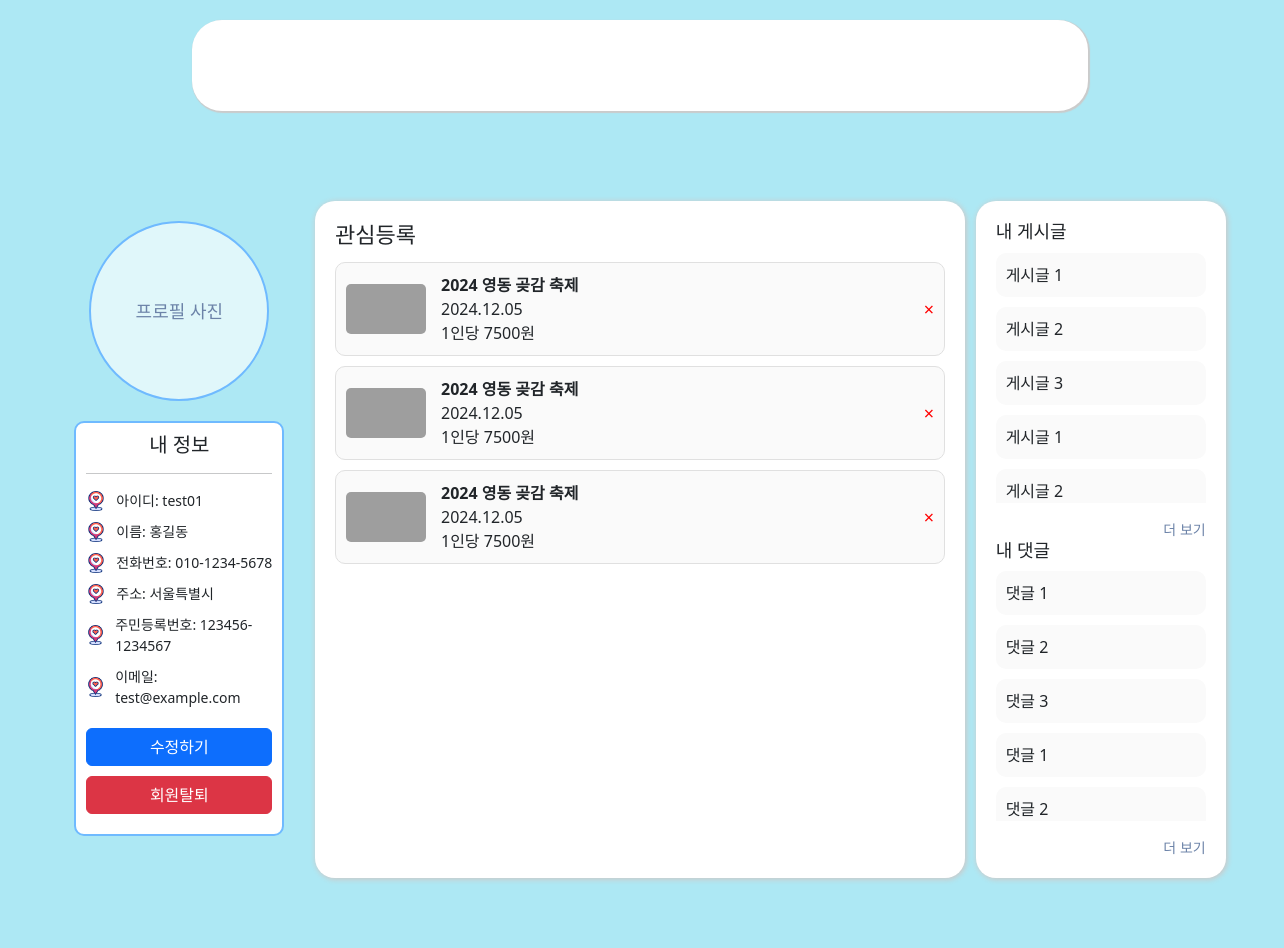
Repository: KimMJ0964/jsp
Page: http://localhost/Trafi/views/mypage/myPageMain.jsp
These files come from the project's save history. The page is drawn as it stood at one moment and after the next save; the edit follows.
The browser window is 1280 px wide. The page is 1280 px wide, then 1284 px, so the pictures cover 1284 px, including what lies to the right of the window. The pictures show the whole page.
Pictures or frames that could not be fetched are drawn as grey boxes. The page is served by Tomcat 9.

Above is the page before, as saved 2024-09-19 07:33:07.

### Trafi/src/main/webapp/views/mypage/myPageMain.jsp
<%@ page language="java" contentType="text/html; charset=UTF-8"
    pageEncoding="UTF-8"%>
<!DOCTYPE html>
<html lang="en">
<head>
    <meta charset="UTF-8">
    <meta name="viewport" content="width=device-width, initial-scale=1.0">
    <title>마이페이지</title>

    <!-- Latest compiled and minified CSS -->
    <link href="https://cdn.jsdelivr.net/npm/bootstrap@5.3.3/dist/css/bootstrap.min.css" rel="stylesheet">

    <!-- Latest compiled JavaScript -->
    <script src="https://cdn.jsdelivr.net/npm/bootstrap@5.3.3/dist/js/bootstrap.bundle.min.js"></script>
    <style>
        body {
            margin: 0;
            padding: 0;
            background-color: #ADE8F4;
        }
        .wrap {
            width: 1246px;
            margin: auto;
            padding: 20px;
        }
        #header {
            width: 70%;
            height: 91px;
            background-color: white;
            border-radius: 30px;
            margin: 20px auto;
            box-shadow: 1px 1px 1px 1px rgb(203, 203, 203);
        }
        .container {
            display: flex;
            justify-content: space-around;
            margin: 50px auto;
            max-width: 1300px;
        }

        /* 프로필 섹션 */
        .profile-section {
            padding: 20px;
            width: 250px;
        }
        .profile-section .profile-image {
            width: 180px;
            height: 180px;
            border-radius: 50%;
            background-color: #E0F7FA;
            margin: 0 auto;
            display: flex;
            justify-content: center;
            align-items: center;
            font-size: 18px;
            color: #6C83A8;
        }
        .profile-section .profile-info {
            margin-top: 20px;
            border: 1px solid #E0E0E0;
            border-radius: 10px;
            padding: 10px;
        }
        .profile-info {
            background-color: white;
            border-radius: 20px;
        }
        .profile-section .profile-info h6 {
            font-size: 18px;
            margin-bottom: 20px;
        }
        .profile-section .profile-info ul {
            list-style: none;
            padding: 0;
            font-size: 14px;
        }
        .profile-section .profile-info ul li {
            margin-bottom: 10px;
            display: flex;
            align-items: center;
        }
        .profile-section .profile-info ul li img {
            width: 20px;
            height: 20px;
            margin-right: 10px;
        }
        .profile-section .profile-buttons {
            text-align: center;
            margin-top: 20px;
        }
        .profile-section .profile-buttons button {
            width: 100%;
            margin-bottom: 10px;
        }

        /* 축제 섹션 */
        .interest-section {
            background-color: white;
            border-radius: 20px;
            padding: 20px;
            width: 650px;
            box-shadow: 1px 1px 5px 1px rgb(203, 203, 203);
        }
        .interest-section h5 {
            font-size: 22px;
            margin-bottom: 15px;
        }
        .interest-section .interest-list {
            list-style: none;
            padding: 0;
            max-height: 400px;
            overflow-y: auto;
        }
        .interest-section .interest-list li {
            background-color: #FAFAFA;
            border: 1px solid #E0E0E0;
            padding: 10px;
            margin-bottom: 10px;
            display: flex;
            justify-content: space-between;
            align-items: center;
            border-radius: 10px;
        }
        .interest-section .interest-list li .info {
            display: flex;
            gap: 15px;
            align-items: center;
        }
        .interest-section .interest-list li img {
            width: 80px;
            height: 50px;
            border-radius: 5px;
        }
        .interest-section .interest-list li .text {
            font-size: 16px;
        }
        .interest-section .interest-list li .remove {
            font-size: 18px;
            color: red;
            cursor: pointer;
        }

        /* 게시글, 댓글 섹션 */
        .posts-comments-section {
            background-color: white;
            border-radius: 20px;
            padding: 20px;
            width: 250px;
            box-shadow: 1px 1px 5px 1px rgb(203, 203, 203);
        }
        .posts-comments-section h5 {
            font-size: 18px;
            margin-bottom: 10px;
        }
        .posts-comments-section ul {
            list-style: none;
            padding: 0;
            font-size: 16px;
            max-height: 250px;
            overflow-y: auto;
        }
        .posts-comments-section ul li {
            padding: 10px;
            background-color: #FAFAFA;
            margin-bottom: 10px;
            border-radius: 10px;
        }
        .posts-comments-section .view-more {
            text-align: right;
            font-size: 14px;
            color: #6C83A8;
            cursor: pointer;
        }

        /* 모달창 */
        .modal {
            position: fixed;
            left: 0;
            top: 0;
            width: 100%;
            height: 100%;
            background-color: rgba(0,0,0,0.5);
            display: flex;
            justify-content: center;
            align-items: center;
        }

        .modal-content {
            background-color: #fff;
            padding: 20px;
            border-radius: 10px;
            width: 400px;
            left: 40%;
            top: 20%;
        }

        .modal-content > form > table > tr > td {
            text-align: center;
        }

        .close {
            float: right;
            font-size: 20px;
            cursor: pointer;
        }

        /* 모바일 반응형 */

        @media (max-width: 768px) and (min-width: 481px) {
            .wrap {
                width: 100%;
                padding: 10px;
            }
            .container {
                flex-direction: column;
                align-items: center;
            }
            #header {
                width: 100%;
            }
            .profile-section, .interest-section, .posts-comments-section {
                width: 100%;
                margin-bottom: 20px;
                padding: 10px;
            }
            .profile-section .profile-image {
                width: 150px;
                height: 150px;
                margin-top: -50px;
            }
            .interest-section .interest-list li .info img {
                width: 60px;
                height: 40px;
            }
            .posts-comments-section ul li {
                font-size: 14px;
            }
            .modal-content {
                background-color: #fff;
                padding: 20px;
                border-radius: 10px;
                width: 300px;
                left: 20%;
                top: 20%;
            }
        }

        @media (max-width: 480px) {
            .wrap {
                padding: 5px;
            }
            .profile-section, .interest-section, .posts-comments-section {
                padding: 5px;
            }
            .profile-section .profile-image {
                width: 100px;
                height: 100px;
            }
            .interest-section .interest-list li .info img {
                width: 50px;
                height: 30px;
            }
            .posts-comments-section ul li {
                font-size: 12px;
            }
        }
    </style>

</head>
<body>
    <div id="header"></div>
    <div class="wrap">
        <div class="container">
            <!-- Profile Section -->
            <div class="profile-section">
                <div class="profile-image" style="border: 2px solid #6FBAFF;">프로필 사진</div>
                <div class="profile-info" style="border: 2px solid #6FBAFF;">
                    <h5 style="text-align: center;">내 정보</h5>
                    <hr>
                    <ul>
                        <li><img src="./img/profile-icon.png" alt="icon">아이디: test01</li>
                        <li><img src="./img/profile-icon.png" alt="icon">이름: 홍길동</li>
                        <li><img src="./img/profile-icon.png" alt="icon">전화번호: 010-1234-5678</li>
                        <li><img src="./img/profile-icon.png" alt="icon">주소: 서울특별시</li>
                        <li><img src="./img/profile-icon.png" alt="icon">주민등록번호: 123456-1234567</li>
                        <li><img src="./img/profile-icon.png" alt="icon">이메일: test@example.com</li>
                    </ul>
                    <div class="profile-buttons">
                        <button class="btn btn-primary" id="edit-profile-btn">수정하기</button>
                        <button class="btn btn-danger" id="delete-account-btn">회원탈퇴</button>
                    </div>
                </div>
            </div>

            <!-- Interest Section -->
            <div class="interest-section">
                <h5>관심등록</h5>
                <ul class="interest-list">
                    <li>
                        <div class="info">
                            <img src="festival.jpg" alt="축제 이미지">
                            <div class="text">
                                <strong>2024 영동 곶감 축제</strong><br>
                                2024.12.05<br>
                                1인당 7500원
                            </div>
                        </div>
                        <div class="remove">&times;</div>
                    </li>
                    <li>
                        <div class="info">
                            <img src="festival.jpg" alt="축제 이미지">
                            <div class="text">
                                <strong>2024 영동 곶감 축제</strong><br>
                                2024.12.05<br>
                                1인당 7500원
                            </div>
                        </div>
                        <div class="remove">&times;</div>
                    </li>
                    <li>
                        <div class="info">
                            <img src="festival.jpg" alt="축제 이미지">
                            <div class="text">
                                <strong>2024 영동 곶감 축제</strong><br>
                                2024.12.05<br>
                                1인당 7500원
                            </div>
                        </div>
                        <div class="remove">&times;</div>
                    </li>

                    <!-- More items -->
                </ul>
            </div>

            <!-- Posts and Comments Section -->
            <div class="posts-comments-section">
                <div class="posts-comments-container">
                    <!-- My Posts Section -->
                    <div class="posts-section">
                        <h5>내 게시글</h5>
                        <ul>
                            <li>게시글 1</li>
                            <li>게시글 2</li>
                            <li>게시글 3</li>
                            <li>게시글 1</li>
                            <li>게시글 2</li>
                            <li>게시글 3</li>
                            <!-- More posts -->
                        </ul>
                        <div class="view-more">더 보기</div>
                    </div>

                    <!-- My Comments Section -->
                    <div class="comments-section">
                        <h5>내 댓글</h5>
                        <ul>
                            <li>댓글 1</li>
                            <li>댓글 2</li>
                            <li>댓글 3</li>
                            <li>댓글 1</li>
                            <li>댓글 2</li>
                            <li>댓글 3</li>
                            <!-- More comments -->
                        </ul>
                        <div class="view-more">더 보기</div>
                    </div>
                </div>
            </div>
    </div>

    <!-- 모달 구조 -->
    <div class="modal" id="editProfileModal" style="display:none;">
        <div class="modal-content">
            <span class="close">&times;</span>
            <h2>프로필 수정</h2>
            <form>
                <table>
                    <tr>
                        <td>
                            <label for="name">이름:</label>
                            <input type="text" id="name" name="name" required>
                        </td>
                    </tr>
                    <tr>
                        <td>
                            <label for="phone">전화번호:</label>
                            <input type="text" id="phone" name="phone" required>
                        </td>
                    </tr>
                    <tr>
                        <td>
                            <label for="address">주소:</label>
                            <input type="text" id="address" name="address" required>
                        </td>
                    </tr>
                    <tr>
                        <td>
                            <label for="ssn">주민등록번호:</label>
                            <input type="text" id="ssn" name="ssn" required>
                        </td>
                    </tr>
                    <tr>
                        <td>
                            <label for="email">이메일:</label>
                            <input type="text" id="email" name="email" required> @
                            <select id="email-domain" name="email-domain">
                                <option value="gmail.com">@gmail.com</option>
                                <option value="naver.com">@naver.com</option>
                                <option value="daum.net">@daum.net</option>
                                <option value="custom">직접 입력</option>
                            </select>
                            <input type="text" id="custom-domain" name="custom-domain" style="display:none;" placeholder="직접 입력">
                        </td>
                    </tr>
                </table>
                <button type="submit">저장하기</button>
            </form>
        </div>
    </div>

    <script>
        document.getElementById("delete-account-btn").addEventListener("click", function() {
            if (confirm("정말로 회원탈퇴를 진행하시겠습니까?")) {
                // 네
                alert("회원탈퇴가 진행됩니다.");
            } else {
                // 아니요
                alert("회원탈퇴가 취소되었습니다.");
            }
        });

        // 모달 열기 및 닫기 로직
        var modal = document.getElementById("editProfileModal");
        var btn = document.getElementById("edit-profile-btn");
        var span = document.getElementsByClassName("close")[0];

        btn.onclick = function() {
            modal.style.display = "block";
        }

        span.onclick = function() {
            modal.style.display = "none";
        }

        window.onclick = function(event) {
            if (event.target == modal) {
                modal.style.display = "none";
            }
        }

        // 이메일 도메인 선택 시 처리
        var emailDomainSelect = document.getElementById("email-domain");
        var customDomainInput = document.getElementById("custom-domain");

        emailDomainSelect.onchange = function() {
            if (emailDomainSelect.value === "custom") {
                customDomainInput.style.display = "inline-block";
            } else {
                customDomainInput.style.display = "none";
                customDomainInput.value = ""; // 입력 필드를 초기화
            }
        }
    </script>
</body>
</html>

After the next save:
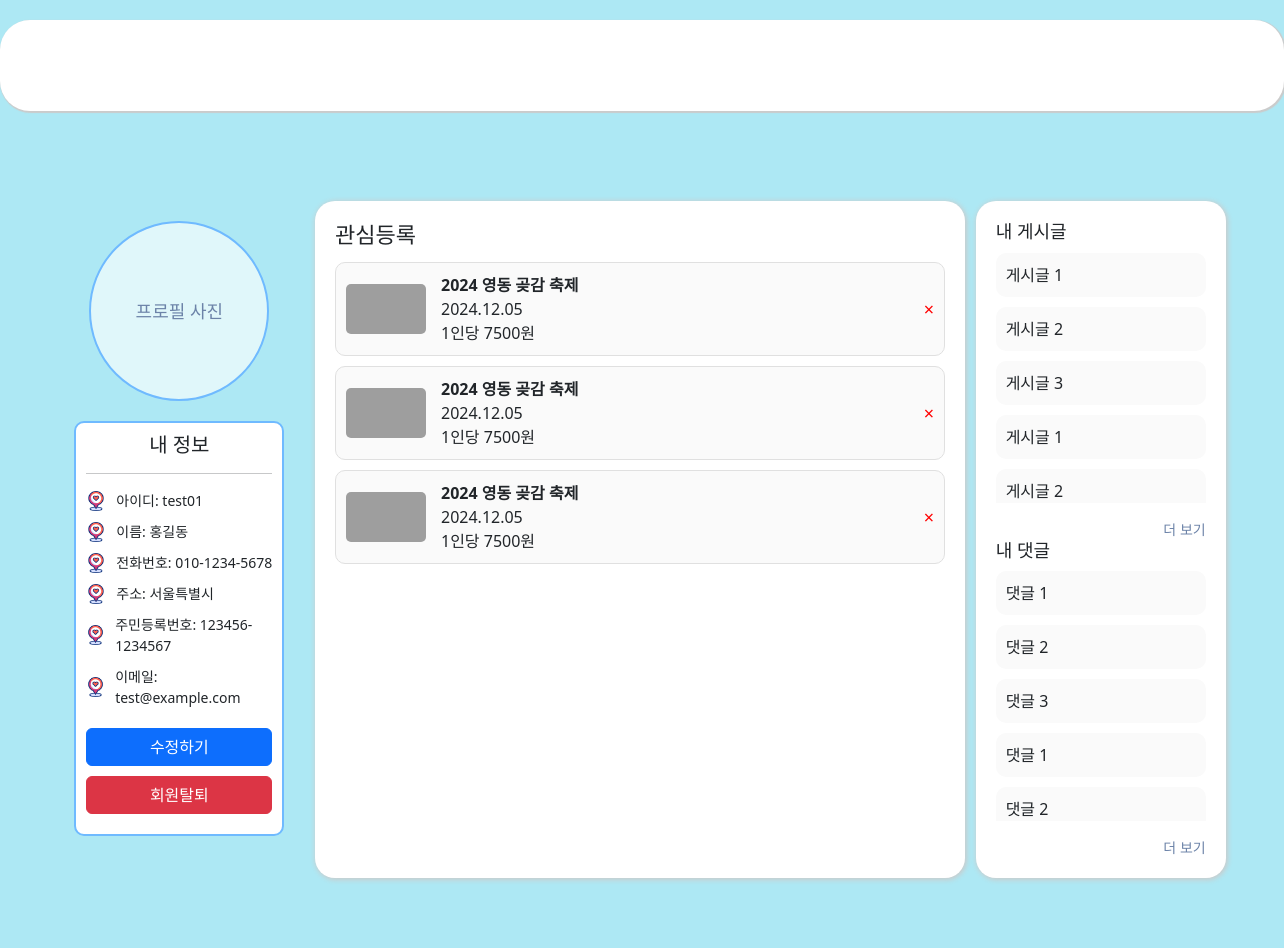
Saved 4 s later.
--- a/Trafi/src/main/webapp/views/mypage/myPageMain.jsp
+++ b/Trafi/src/main/webapp/views/mypage/myPageMain.jsp
@@ -24,7 +24,7 @@
             padding: 20px;
         }
         #header {
-            width: 70%;
+            width: 1284px;
             height: 91px;
             background-color: white;
             border-radius: 30px;
